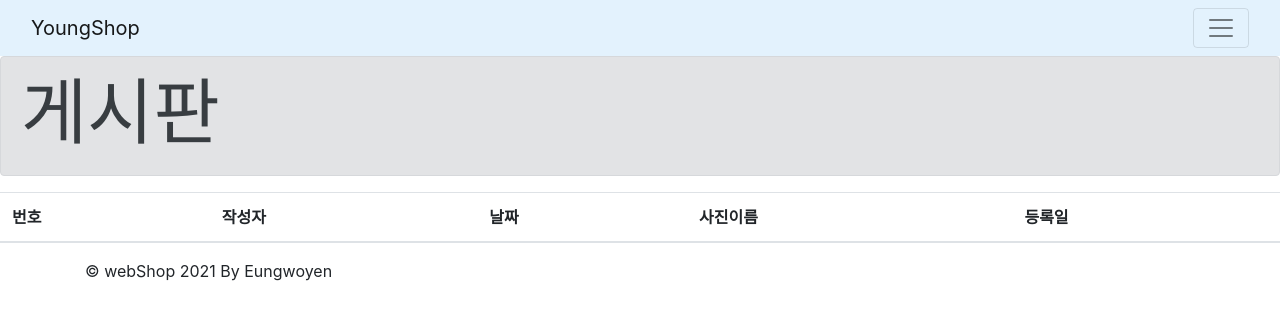
Repository: khss4008/JSP_project
Page: http://localhost/Webshop2/board/listBoard.jsp
These files come from the project's save history. The page is drawn as it stood at one moment and after the next save; the edit follows.
The browser window is 1280 px wide. The pictures show the whole page.
The page is served by Tomcat 9. Other server files are loaded and not shown. Queries for data that is not in the repository find no rows.

Above is the page before, as saved 2021-11-05 06:13:55.
Console error: TypeError: Cannot read properties of undefined (reading 'fn')

### Webshop2/WebContent/board/listBoard.jsp
<%@page import="dao.*"%>
<%@page import="java.util.ArrayList"%>
<%@ page language="java" contentType="text/html; charset=UTF-8"
    pageEncoding="UTF-8"%>
<!DOCTYPE html>
<html>
<head>
<meta charset="UTF-8">
<title>Insert title here</title>
</head>
<body>
<%@ include file = "/header.jsp" %>



<div class="alert alert-secondary" role="alert">
  <h3 class="display-3">게시판</h3>
</div>



<table class="table table-hover">


  <thead>
    <tr>
      <th scope="col">번호</th>
      <th scope="col">작성자</th>
      <th scope="col">날짜</th>
    <th scope="col">사진이름</th>
    <th scope="col">등록일</th>
    </tr>
  </thead>
   <tbody>
  	<%
	ArrayList<BoardObj> boards = (new BoardDAO()).getList();

  	int i = 0;
  	for (BoardObj board : boards){


	%>


    <tr>
      <th scope="row"><%=++i %></th>
      <td><%=board.getBtitle() %></td>
      <td><%=board.getBdescription() %></td>
      <td><%=board.getBfname() %></td>
      <td><%=board.getBdate() %></td>
    </tr>

    <%
  	}
    %>
  </tbody>

</table>



<%@ include file = "/footer.jsp" %>
</body>
</html>

### Webshop2/WebContent/header.jsp
<%@ page language="java" contentType="text/html; charset=UTF-8"
    pageEncoding="UTF-8"%>

<link rel="stylesheet" href="https://stackpath.bootstrapcdn.com/bootstrap/4.3.1/css/bootstrap.min.css" integrity="sha384-ggOyR0iXCbMQv3Xipma34MD+dH/1fQ784/j6cY/iJTQUOhcWr7x9JvoRxT2MZw1T" crossorigin="anonymous">
<script src="https://stackpath.bootstrapcdn.com/bootstrap/4.3.1/js/bootstrap.min.js" integrity="sha384-JjSmVgyd0p3pXB1rRibZUAYoIIy6OrQ6VrjIEaFf/nJGzIxFDsf4x0xIM+B07jRM" crossorigin="anonymous"></script>


<nav class="navbar navbar-light" style="background-color: #e3f2fd;">
  <div class="container-fluid">
    <a class="navbar-brand" href="/">YoungShop</a>
    <button class="navbar-toggler" type="button" data-bs-toggle="collapse" data-bs-target="#navbarNavDropdown" aria-controls="navbarNavDropdown" aria-expanded="false" aria-label="Toggle navigation">
      <span class="navbar-toggler-icon"></span>
    </button>
    <div class="collapse navbar-collapse" id="navbarNavDropdown">
      <ul class="navbar-nav">
        <li class="nav-item dropdown">
          <a class="nav-link dropdown-toggle" href="#" id="navbarDropdownMenuLink" role="button" data-bs-toggle="dropdown" aria-expanded="false">
            	게시판
          </a>
          <ul class="dropdown-menu" aria-labelledby="navbarDropdownMenuLink">
            <li><a class="dropdown-item" href="/product/products.jsp">제품목록</a></li>
            <li><a class="dropdown-item" href="#">장바구니</a></li>
          </ul>
        </li>

        <li class="nav-item dropdown">
          <a class="nav-link dropdown-toggle" href="#" id="navbarDropdownMenuLink" role="button" data-bs-toggle="dropdown" aria-expanded="false">
            	회원관리
          </a>
          <ul class="dropdown-menu" aria-labelledby="navbarDropdownMenuLink">
            <li><a class="dropdown-item" href="/member/loginMember.jsp">로그인</a></li>
            <li><a class="dropdown-item" href="#">로그아웃</a></li>
            <li><a class="dropdown-item" href="/member/joinMember.jsp">회원가입</a></li>
            <li><a class="dropdown-item" href="#">회원탈퇴</a></li>
          </ul>
        </li>

        <li class="nav-item dropdown">
          <a class="nav-link dropdown-toggle" href="#" id="navbarDropdownMenuLink" role="button" data-bs-toggle="dropdown" aria-expanded="false">
            	관리자
          </a>
          <ul class="dropdown-menu" aria-labelledby="navbarDropdownMenuLink">
            <li><a class="dropdown-item" href="/product/addProduct.jsp">제품등록</a></li>
            <li><a class="dropdown-item" href="/member/listMember.jsp">회원관리</a></li>

          </ul>
        </li>

      </ul>
    </div>
  </div>
</nav>

<script src="https://cdn.jsdelivr.net/npm/bootstrap@5.1.3/dist/js/bootstrap.bundle.min.js" integrity="sha384-ka7Sk0Gln4gmtz2MlQnikT1wXgYsOg+OMhuP+IlRH9sENBO0LRn5q+8nbTov4+1p" crossorigin="anonymous"></script>

### Webshop2/WebContent/footer.jsp
<footer class = "container">
	<p>&copy; webShop 2021 By Eungwoyen
</footer>

### Webshop2/src/dao/BoardDAO.java
package dao;

import java.sql.Connection;
import java.sql.PreparedStatement;
import java.sql.ResultSet;
import java.sql.SQLException;
import java.time.LocalDate;
import java.util.ArrayList;

import javax.naming.NamingException;

import util.ConnectionPool;

public class BoardDAO {

	public ArrayList<BoardObj> getList() throws NamingException, SQLException{

		Connection conn = null;
		PreparedStatement stmt = null;
		ResultSet rs = null;

		try {
			String sql = "SELECT * FROM board";
			conn = ConnectionPool.get();
			stmt = conn.prepareStatement(sql);
			rs = stmt.executeQuery();

			ArrayList<BoardObj> boards = new ArrayList<BoardObj>();

			while(rs.next()) {
				boards.add(new BoardObj(rs.getString("bid"),rs.getString("btitle"),rs.getString("bcontent"),
						rs.getString("bmember"), rs.getString("bdate")));
			} return boards;

		} finally {
			if(rs != null) rs.close();
			if(stmt != null) stmt.close();
			if(conn != null) conn.close();
		}
	}


	public int insert(String btitle, String bcontent, String bmember
			) throws NamingException, SQLException{

			Connection conn = null;
			PreparedStatement stmt = null;


			try {
				String sql = "INSERT INTO board (btitle, bcontent, bmember, bdate)"
						+" VALUES (?,?,?,?)";
				conn = ConnectionPool.get();
				stmt = conn.prepareStatement(sql);
				stmt.setString(1, btitle);
				stmt.setString(2, bcontent);
				stmt.setString(3, bmember);
				stmt.setString(4, LocalDate.now().toString());
				int count = stmt.executeUpdate(); //return이 1이면 데이터 나온거 2이면 아무것도 안된거

				return (count == 1) ? 1 : 2;

			} finally {
				if(conn != null) conn.close();
				if(stmt != null) stmt.close();
			}

		}
}

### Webshop2/src/util/ConnectionPool.java
package util;

import java.sql.*;
import javax.naming.*;
import javax.sql.DataSource;

public class ConnectionPool {
	private static DataSource _ds = null;

	public static Connection get() throws NamingException, SQLException {
		if (_ds == null ) {
			_ds = (DataSource) (new InitialContext()).lookup("java:comp/env/jdbc/webshop");
		}
		return _ds.getConnection();
	}
}

After the next save:
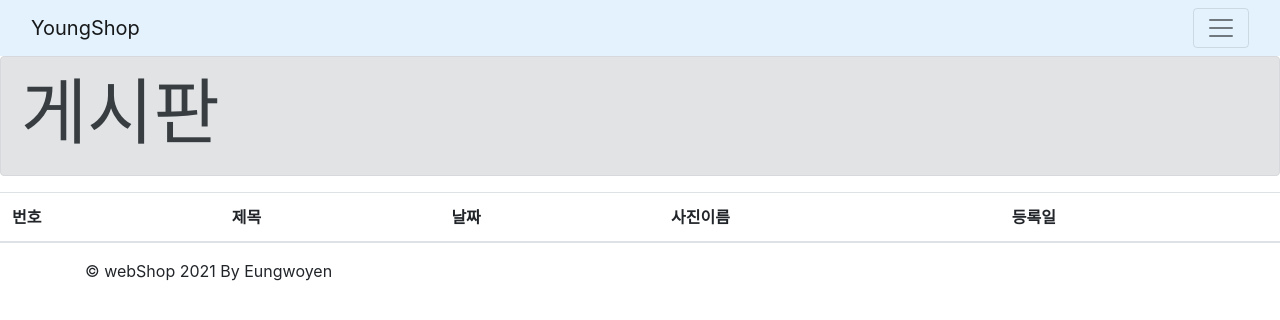
Saved 34 s later.
--- a/Webshop2/WebContent/board/listBoard.jsp
+++ b/Webshop2/WebContent/board/listBoard.jsp
@@ -25,7 +25,7 @@
   <thead>
     <tr>
       <th scope="col">번호</th>
-      <th scope="col">작성자</th>
+      <th scope="col">제목</th>
       <th scope="col">날짜</th>
     <th scope="col">사진이름</th>
     <th scope="col">등록일</th>
